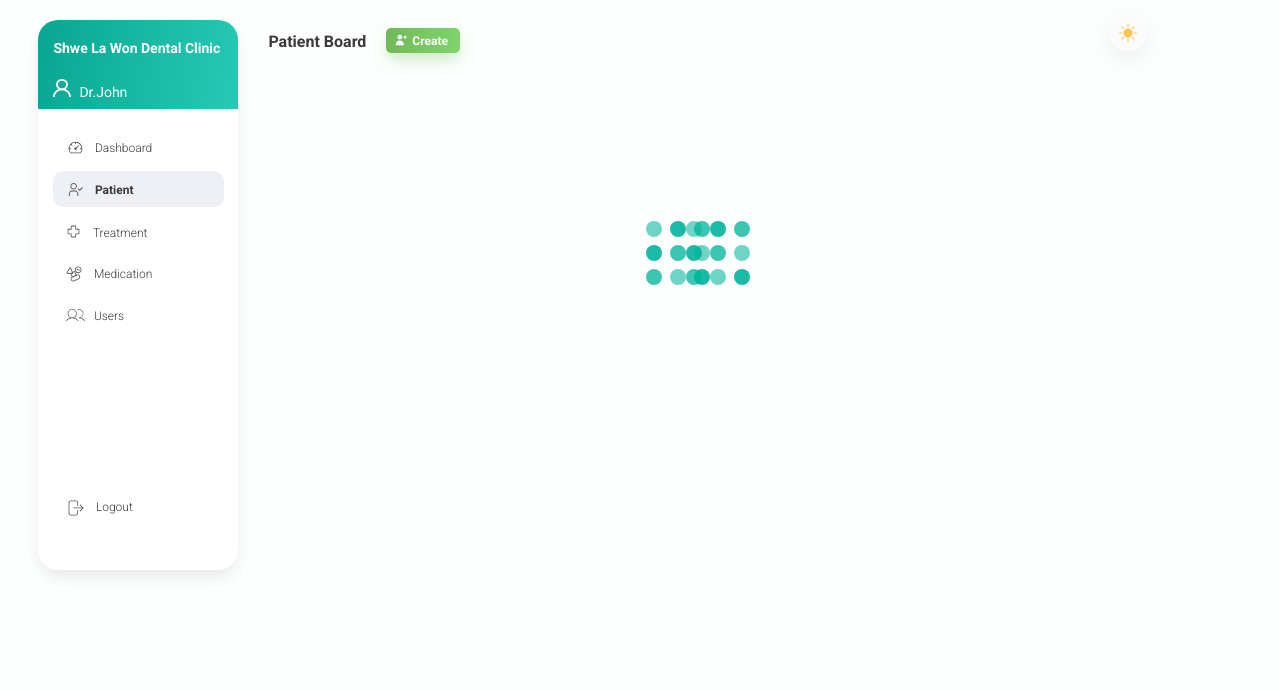
Repository: mrkaskar/frontendpatientrecord_typescript
Page: /patient
These files come from the project's save history. The page is drawn as it stood at one moment and after the next save; the edit follows.
The browser window is 1280 px wide. The pictures show the whole page.
The page's requests for data from a server got no answer. An inner scrolling area shows only its first screen. The project was rebuilt for these pictures with package versions that can differ from the ones it lists, and the page was loaded fresh each time. No one was signed in, and anything a server would have sent is missing. Also part of the build but not shown: src/components/checkbox/styles/index.css, src/components/checkbox/main.tsx, src/components/dropdown/styles/index.css, src/components/dropdown/main.tsx, src/components/iconbutton/styles/index.css, src/components/iconbutton/main.tsx, src/components/table/styles/index.css, src/components/table/main.tsx and 36 more.

Above is the page before, as saved 2021-12-26 21:29:25.

After the next save:
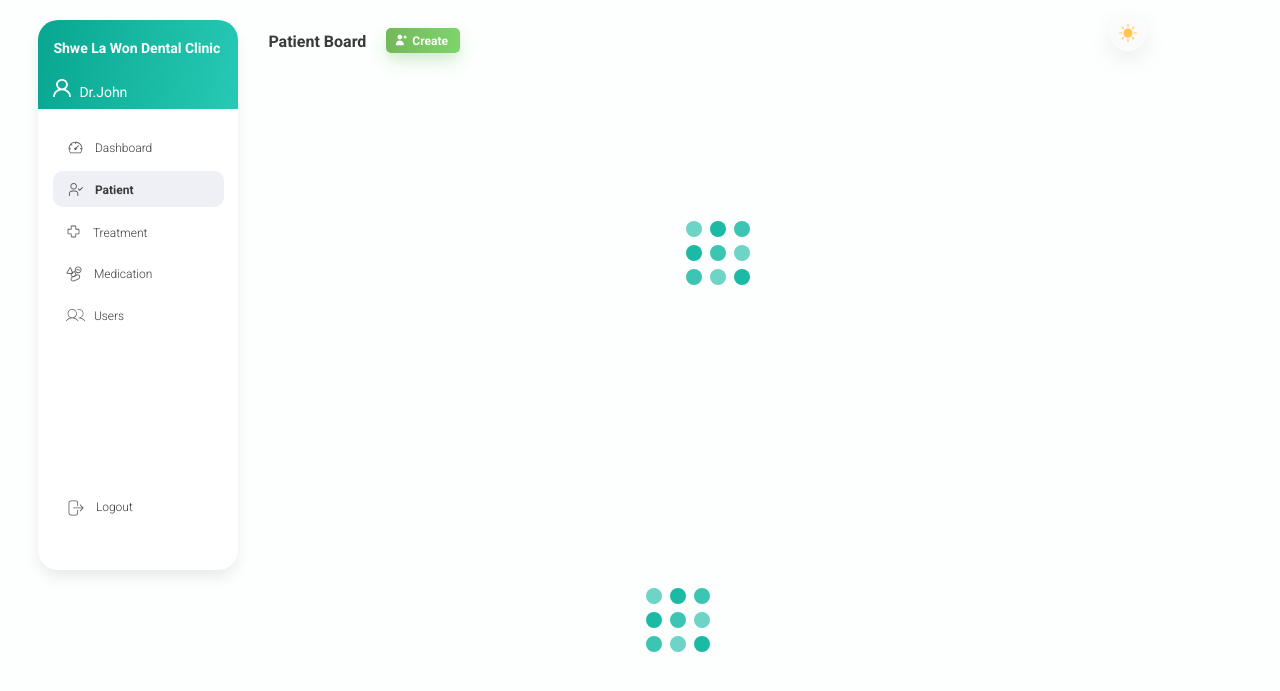
Saved 7 s later.
--- a/src/modules/patient/components/PatientTable.tsx
+++ b/src/modules/patient/components/PatientTable.tsx
@@ -143,6 +143,7 @@ function PatientTable():ReactElement {
                 alignItems: 'center',
                 position: 'absolute',
                 left: '400px',
+                top: '400px',
               }}
             >
               <Loader />
